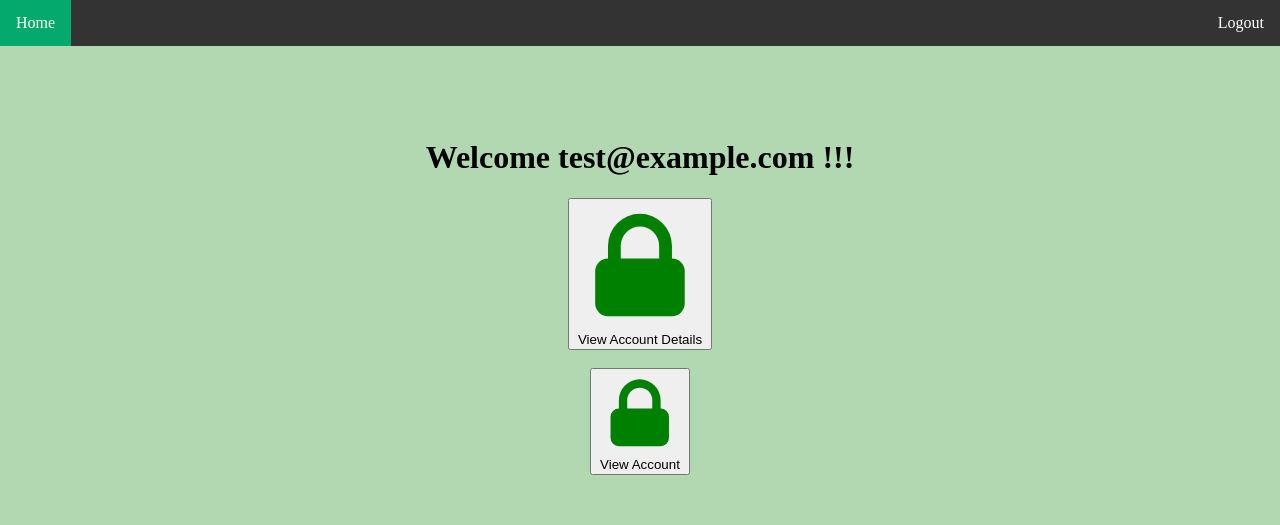
Repository: sach7691/original-book-store
Page: http://localhost/online-book-store-application/dashboard.jsp
The author's editor kept a copy of each file at every save. The page is drawn from the files as they stood at one save, then again after the next save.
The browser window is 1280 px wide. The pictures show the whole page.
The page is served by Tomcat 9. The session is filled in as if someone had signed in: {"email": "test@example.com"}. Other server files are loaded and not shown.

Above is the page before, as saved 2022-08-31 19:55:44.

### online-book-store-application/src/main/webapp/dashboard.jsp

<%@ page language="java" contentType="text/html; charset=ISO-8859-1"
	pageEncoding="ISO-8859-1"%>
<%@ taglib uri="http://java.sun.com/jsp/jstl/core" prefix="c"%>
<!DOCTYPE html>
<html>
<head>
<meta charset="ISO-8859-1">
<meta name="viewport" content="width=device-width, initial-scale=1.0">
<title>Dashboard</title>
</head>
<body>
	<%

  response.setHeader("Cache-Control", "no-cache,no-store,must-revalidate"); //prevent back button after logout HTTP 1.1
  //HTTP 1.0 and if you use proxy seperatly should remove cache to prevent back button
   response.setHeader("Pragma","no-cache"); //HTTP 1.0
   response.setDateHeader ("Expires", 0);
  if(session.getAttribute("email")==null){
	response.sendRedirect("login.jsp");
}
%>
<style>


body
{
  margin: 0;
  background: rgba(0, 128, 0, 0.3);

}
 letter {
   color: #ea503f;
   font-family: Arial;
   float: center;
 }

ul.topnav {
  list-style-type: none;
  margin: 0;
  padding: 0;
  overflow: hidden;
  background-color: #333;
}

ul.topnav li {float: left;}

ul.topnav li a {
  display: block;
  color: white;
  text-align: center;
  padding: 14px 16px;
  text-decoration: none;
}

ul.topnav li a:hover:not(.active) {background-color: #111;}

ul.topnav li a.active {background-color: #04AA6D;}

ul.topnav li.right {float: right;}

@media screen and (max-width: 600px) {
  ul.topnav li.right,
  ul.topnav li {float: none;}
}
</style>
</head>
<body>
<form action="http://localhost:8080/online-book-store-application/LogoutCustomerServlet" method="GET">
<div>
<ul class="topnav">
  <li><a class="active" href="welcome.jsp">Home</a></li>
  <li class="right"><a href="login.jsp">Logout</a></li>
</ul>
<br>
<br>
<br>
<br>
</div>
</form>
<form action="http://localhost:8080/online-book-store-application/AccountDetailsServlet"  method="GET">

<%

session.getAttribute("email");
session.getAttribute("modifyCustomer");

%>
<center>
<div>
<p style="color: red;"><h1>Welcome ${email} !!!</h1></p>
</div>

 <input type="text" id="email" name="email" value= "${email}" hidden="" >
        <button type="submit" class="group relative w-full flex justify-center py-2 px-4 border border-transparent text-sm font-medium rounded-md text-white bg-green-600 hover:bg-green-700 focus:outline-none focus:ring-2 focus:ring-offset-2 focus:ring-indigo-500">
          <span class="absolute left-0 inset-y-0 flex items-center pl-3">
            <!-- Heroicon name: solid/lock-closed -->
            <svg class="h-5 w-5 text-indigo-500 group-hover:text-indigo-400" xmlns="http://www.w3.org/2000/svg" viewBox="0 0 20 20" fill="green" aria-hidden="true">
              <path fill-rule="evenodd" d="M5 9V7a5 5 0 0110 0v2a2 2 0 012 2v5a2 2 0 01-2 2H5a2 2 0 01-2-2v-5a2 2 0 012-2zm8-2v2H7V7a3 3 0 016 0z" clip-rule="evenodd" />
            </svg>
          </span>
          View Account Details
        </button>
 </form>
 <br>
  <br>
 <form action="http://localhost:8080/online-book-store-application/ModifyCustomerServlet"  method="POST">
  <button type="submit" class="group relative w-full flex justify-center py-2 px-4 border border-transparent text-sm font-medium rounded-md text-white bg-green-600 hover:bg-green-700 focus:outline-none focus:ring-2 focus:ring-offset-2 focus:ring-indigo-500">
          <span class="absolute left-0 inset-y-0 flex items-center pl-3">
            <!-- Heroicon name: solid/lock-closed -->
            <svg class="h-5 w-5 text-indigo-500 group-hover:text-indigo-400" xmlns="http://www.w3.org/2000/svg" viewBox="0 0 20 20" fill="green" aria-hidden="true">
              <path fill-rule="evenodd" d="M5 9V7a5 5 0 0110 0v2a2 2 0 012 2v5a2 2 0 01-2 2H5a2 2 0 01-2-2v-5a2 2 0 012-2zm8-2v2H7V7a3 3 0 016 0z" clip-rule="evenodd" />
            </svg>
          </span>
          View Account
        </button>
 </form>
</center>
</body>
</html>

After the next save:
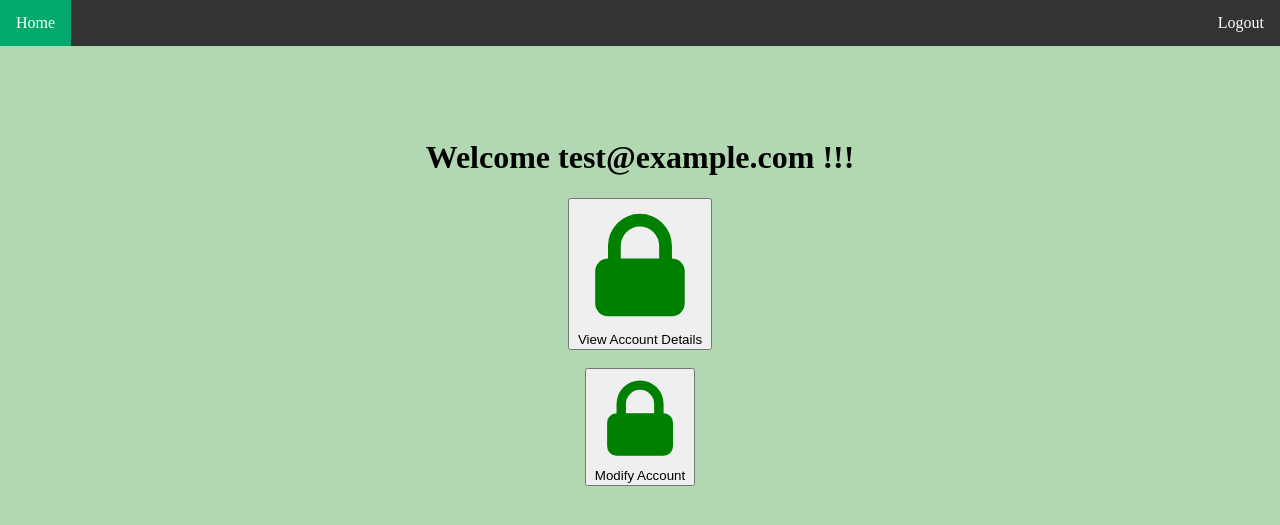
Saved 11 s later.
--- a/online-book-store-application/src/main/webapp/dashboard.jsp
+++ b/online-book-store-application/src/main/webapp/dashboard.jsp
@@ -112,7 +112,7 @@ session.getAttribute("modifyCustomer");
               <path fill-rule="evenodd" d="M5 9V7a5 5 0 0110 0v2a2 2 0 012 2v5a2 2 0 01-2 2H5a2 2 0 01-2-2v-5a2 2 0 012-2zm8-2v2H7V7a3 3 0 016 0z" clip-rule="evenodd" />
             </svg>
           </span>
-          View Account
+          Modify Account
         </button>
  </form>
 </center>
